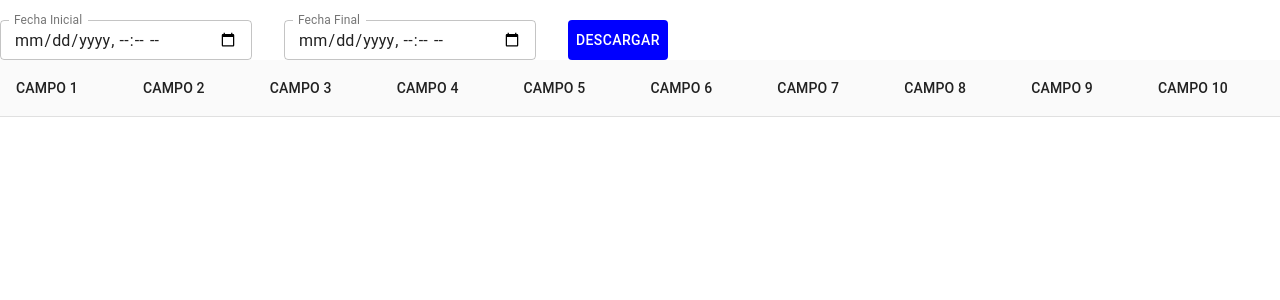
Repository: rafaelpc13/FRONT_RFNEW
Page: /
These files come from the project's save history. The page is drawn as it stood at one moment and after the next save; the edit follows.
The browser window is 1280 px wide. The pictures show the whole page.
The project was rebuilt for these pictures with package versions that can differ from the ones it lists, and the page was loaded fresh each time.

Above is the page before, as saved 2022-10-29 11:46:05.

### public/index.html
<!DOCTYPE html>
<html lang="en">
  <head>
    <meta charset="utf-8" />
    <link rel="icon" href="%PUBLIC_URL%/favicon.ico" />
    <meta name="viewport" content="width=device-width, initial-scale=1" />
    <meta name="theme-color" content="#000000" />
    <meta
      name="description"
      content="Web site created using create-react-app"
    />
    <link rel="apple-touch-icon" href="%PUBLIC_URL%/logo192.png" />
    <!--
      manifest.json provides metadata used when your web app is installed on a
      user's mobile device or desktop. See https://developers.google.com/web/fundamentals/web-app-manifest/
    -->
    <link rel="manifest" href="%PUBLIC_URL%/manifest.json" />
    <!--
      Notice the use of %PUBLIC_URL% in the tags above.
      It will be replaced with the URL of the `public` folder during the build.
      Only files inside the `public` folder can be referenced from the HTML.

      Unlike "/favicon.ico" or "favicon.ico", "%PUBLIC_URL%/favicon.ico" will
      work correctly both with client-side routing and a non-root public URL.
      Learn how to configure a non-root public URL by running `npm run build`.
    -->
    <title>RIFAS</title>
  </head>
  <body>
    <noscript>You need to enable JavaScript to run this app.</noscript>
    <div id="root"  ></div>
    <!--
      This HTML file is a template.
      If you open it directly in the browser, you will see an empty page.

      You can add webfonts, meta tags, or analytics to this file.
      The build step will place the bundled scripts into the <body> tag.

      To begin the development, run `npm start` or `yarn start`.
      To create a production bundle, use `npm run build` or `yarn build`.
    -->
  </body>
</html>

### src/index.js
import React from 'react';
import ReactDOM from 'react-dom/client';
import './index.css';
import App from './App';
import reportWebVitals from './reportWebVitals';

const root = ReactDOM.createRoot(document.getElementById('root'));
root.render(

    <App  />

);

// If you want to start measuring performance in your app, pass a function
// to log results (for example: reportWebVitals(console.log))
// or send to an analytics endpoint. Learn more: https://bit.ly/CRA-vitals
reportWebVitals();

### src/App.js
import logo from './logo.svg';
import './App.css';
import { TableContainer, Table, TableBody, TableRow, TableCell, TableHead } from '@material-ui/core'
import { Input, TextField, Button} from '@material-ui/core'
function App() {
  return (
    <div className="App">
      <div className='div' style={{ display: 'flex', marginTop: '20px',gap:'2rem' }}>
        <TextField
          type="datetime-local"
          label="Fecha Inicial"
          variant="outlined"
          size="small"
          InputLabelProps={{
            shrink: true
          }}
        />

        <TextField
          type="datetime-local"
          label="Fecha Final"
          variant="outlined"
          size="small"
          InputLabelProps={{
            shrink: true
          }}
        />

        <Button id="boton" style={{ background:"blue",color:'white' }}>
          Descargar</Button>

        {/* <h3>Restaurante</h3> */}

      </div>
      <TableContainer>
        <Table className="min-w-xl" stickyHeader aria-label="sticky table" aria-labelledby="tableTitle">
          <TableHead>
            <TableRow className="h-48 sm:h-64">
              <TableCell>CAMPO 1</TableCell>
              <TableCell>CAMPO 2</TableCell>
              <TableCell>CAMPO 3</TableCell>
              <TableCell>CAMPO 4</TableCell>
              <TableCell>CAMPO 5</TableCell>
              <TableCell>CAMPO 6</TableCell>
              <TableCell>CAMPO 7</TableCell>
              <TableCell>CAMPO 8</TableCell>
              <TableCell>CAMPO 9</TableCell>
              <TableCell>CAMPO 10</TableCell>
            </TableRow>
          </TableHead>
        </Table>
      </TableContainer>
    </div>
  );
}

export default App;

Loaded but not shown: src/index.css (common file); src/reportWebVitals.js (common file); src/App.css (common file)

After the next save:
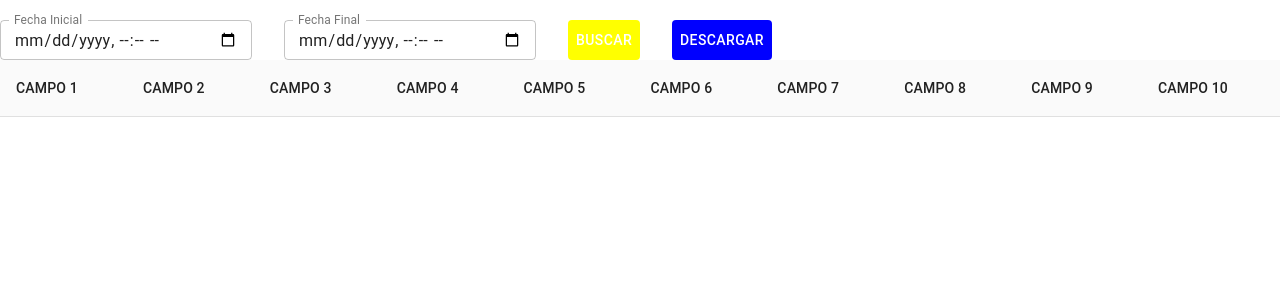
Saved 37 s later.
--- a/src/App.js
+++ b/src/App.js
@@ -5,7 +5,7 @@ import { Input, TextField, Button} from '@material-ui/core'
 function App() {
   return (
     <div className="App">
-      <div className='div' style={{ display: 'flex', marginTop: '20px',gap:'2rem' }}>
+      <div style={{ display: 'flex', marginTop: '20px',gap:'2rem' }}>
         <TextField
           type="datetime-local"
           label="Fecha Inicial"
@@ -25,8 +25,10 @@ function App() {
             shrink: true
           }}
         />
+         <Button  style={{ background:"yellow",color:'white' }}>
+          Buscar</Button>
 
-        <Button id="boton" style={{ background:"blue",color:'white' }}>
+        <Button  style={{ background:"blue",color:'white' }}>
           Descargar</Button>
 
         {/* <h3>Restaurante</h3> */}
